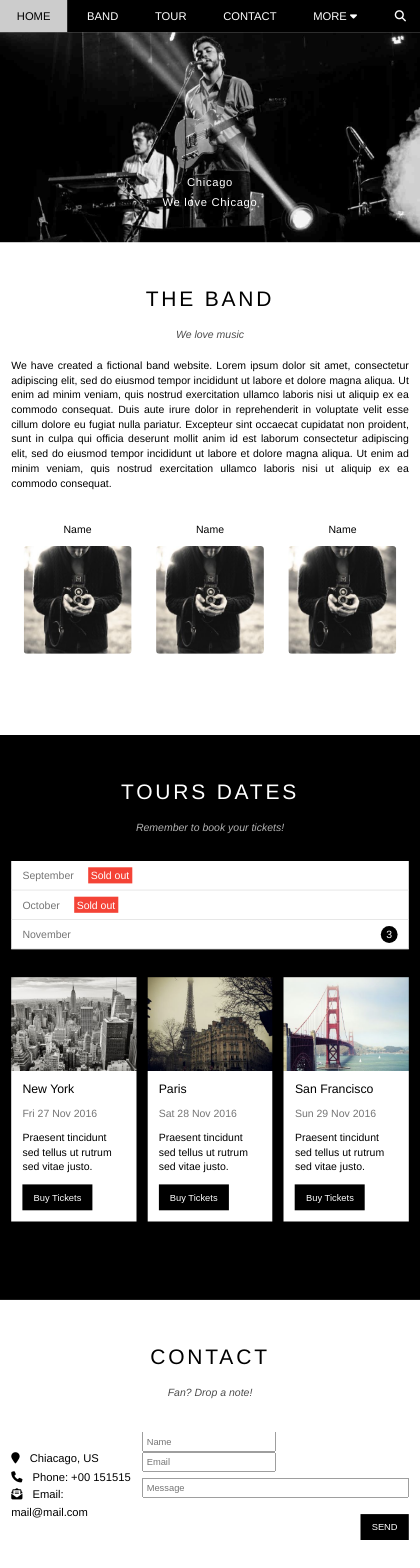
Repository: NguyenMinhChau/Theband
Page: index.html
An editor plug-in stored every save of this project. The page is shown before and after the next save, followed by the edit.
The browser window is 600 px wide. The pictures show the part of the page from y = 0 to 2240 px (the page is 3023 px tall), at 70% of full size.
Some web libraries are served in a nearby version.

Above is the page before, as saved 2021-10-24 09:14:23.

### index.html
<!DOCTYPE html>
<html lang="en">
<head>
    <meta charset="UTF-8">
    <meta http-equiv="X-UA-Compatible" content="IE=edge">
    <meta name="viewport" content="width=device-width, initial-scale=1.0">
    <title>THE BAND</title>
    <link rel="icon" href="https://www.w3schools.com/w3css/img_la.jpg"/>
    <script src="https://kit.fontawesome.com/a7b0f58175.js" crossorigin="anonymous"></script>
    <link rel="stylesheet" href="./assets/css/style.css">
    <link rel="stylesheet" href="./assets/css/responsive.css">
</head>
<body>
    <div id="main">
        <div id="header">
            <!-- Begin Navigation -->
            <ul id="nav">
                <li><a href="#">Home</a></li>
                <li><a href="#about">Band</a></li>
                <li><a href="#tour">Tour</a></li>
                <li><a href="#contact">Contact</a></li>
                <li><a href="#">More <i class="fas fa-caret-down"></i></a>
                    <ul class="subnav">
                        <li><a href="#">Merchandise</a></li>
                        <li><a href="#">Extras</a></li>
                        <li><a href="#">Media</a></li>
                    </ul>
                </li>
            </ul>
            <!-- End Navigation -->

            <!-- Begin Search -->
            <div class="icon-search">
                <a href="#"><i class="header-icon-search fas fa-search"></i></a>
            </div>
            <!-- End Search -->
        </div>

        <div id="slider">
            <div class="description">
                <h4>Chicago</h4>
                <p>We love Chicago</p>
            </div>
        </div>

        <div id="content">
            <!-- section: dành cho những phần dùng chung -->
            <!-- ABOUT SECTION -->
            <div id="about" class="content-section">
                <h2 class="section-heading">The Band</h2>
                <p class="section-subheading">We love music</p>
                <p class="about-text">We have created a fictional band website. Lorem ipsum dolor sit amet, consectetur adipiscing elit, sed do eiusmod tempor incididunt ut labore et dolore magna aliqua. Ut enim ad minim veniam, quis nostrud exercitation ullamco laboris nisi ut aliquip ex ea commodo consequat. Duis aute irure dolor in reprehenderit in voluptate velit esse cillum dolore eu fugiat nulla pariatur. Excepteur sint occaecat cupidatat non proident, sunt in culpa qui officia deserunt mollit anim id est laborum consectetur adipiscing elit, sed do eiusmod tempor incididunt ut labore et dolore magna aliqua. Ut enim ad minim veniam, quis nostrud exercitation ullamco laboris nisi ut aliquip ex ea commodo consequat.</p>
                <div class="members-list">
                    <div class="member-item col-3">
                        <p class="member-name">Name</p>
                        <img src="./assets/img/about_member01.jpg" alt="" class="member-avata">
                    </div>
                    <div class="member-item col-3">
                        <p class="member-name">Name</p>
                        <img src="./assets/img/about_member01.jpg" alt="" class="member-avata">
                    </div>
                    <div class="member-item col-3">
                        <p class="member-name">Name</p>
                        <img src="./assets/img/about_member01.jpg" alt="" class="member-avata">
                    </div>
                    <div class="clear"></div>
                </div>
            </div>

            <!-- TOUR SECTION -->
            <div id="tour" class="tour-section">
                <div class="content-section">
                    <h2 class="section-heading text-white">Tours Dates</h2>
                    <p class="section-subheading text-white">Remember to book your tickets!</p>
                    <ul class="tickets-list">
                        <li>September <span class="sold-out">Sold out</span></li>
                        <li>October <span class="sold-out">Sold out</span></li>
                        <li>November <span class="quantity">3</span></li>
                    </ul>
                    <div class="row places-list">
                        <div class="col col-3">
                            <img src="./assets/img/tour_place01.jpg" alt="New York" class="place-img">
                            <div class="place-body">
                                <h3 class="place-heading">New York</h3>
                                <p class="place-time">Fri 27 Nov 2016</p>
                                <p class="plave-desc">Praesent tincidunt sed tellus ut rutrum sed vitae justo.</p>
                                <button href="#" class="btn js-buy-ticket">Buy Tickets</button>
                            </div>
                        </div>
                        <div class="col col-3">
                            <img src="./assets/img/tour_place_02.jpg" alt="New York" class="place-img">
                            <div class="place-body">
                                <h3 class="place-heading">Paris</h3>
                                <p class="place-time">Sat 28 Nov 2016</p>
                                <p class="plave-desc">Praesent tincidunt sed tellus ut rutrum sed vitae justo.</p>
                                <button href="#" class="btn js-buy-ticket">Buy Tickets</button>
                            </div>
                        </div>
                        <div class="col col-3">
                            <img src="./assets/img/tour_place_03.jpg" alt="New York" class="place-img">
                            <div class="place-body">
                                <h3 class="place-heading">San Francisco</h3>
                                <p class="place-time">Sun 29 Nov 2016</p>
                                <p class="plave-desc">Praesent tincidunt sed tellus ut rutrum sed vitae justo.</p>
                                <button href="#" class="btn js-buy-ticket">Buy Tickets</button>
                            </div>
                        </div>
                        <div class="clear"></div>
                    </div>
                </div>
            </div>

            <!-- CONTACT SECTION -->
            <div id="contact" class="content-section">
                <h2 class="section-heading">Contact</h2>
                <p class="section-subheading">Fan? Drop a note!</p>
                <div class="contact-container">
                    <div class="infomation">
                        <p class="infomation-text">
                            <i class="fas fa-map-marker"></i>
                            Chiacago, US
                        </p>
                        <p class="infomation-text">
                            <i class="fas fa-phone"></i>
                            Phone: +00 151515
                        </p>
                        <p class="infomation-text">
                            <i class="fas fa-envelope-open-text"></i>
                            Email: mail@mail.com
                        </p>
                    </div>
                    <form class="input-infomation">
                        <div class="input-name-email">
                            <input type="text" class="intput-name" placeholder="Name" required>
                            <input type="email" class="intput-name" placeholder="Email" required>
                        </div>
                        <input type="text" class="ipnut-message" placeholder="Message" required>
                        <button class="btn pull-right">SEND</button>
                    </form>
                </div>
            </div>

            <!-- BEGIN MAP -->
            <div class="content-map-image"></div>
        </div>

        <div id="footer">
            <ul class="footer-social-list">
                <li class="social-item"><a href="#" class="social-link"><i class="fab fa-facebook-square"></i></a></li>
                <li class="social-item"><a href="#" class="social-link"><i class="fab fa-instagram-square"></i></a></li>
                <li class="social-item"><a href="#" class="social-link"><i class="fab fa-linkedin"></i></a></li>
                <li class="social-item"><a href="#" class="social-link"><i class="fab fa-youtube"></i></a></li>
                <li class="social-item"><a href="#" class="social-link"><i class="fab fa-twitter-square"></i></a></li>
            </ul>
            <p class="copyright">Powered by <a href="#">W3C</a></p>
        </div>
    </div>

    <!-- BEGIN MODEL -->
    <div class="modal">
        <div class="modal-container">
            <div class="modal-close">
                <i class="far fa-window-close"></i>
            </div>

            <header class="modal-header">
                <i class="fas fa-briefcase"></i> Tickets
            </header>

            <div class="modal-body">
                <div class="form-group">
                    <label for="money" class="modal-label">
                        <i class="fas fa-shopping-cart"></i>
                        Tickets, $15 per person
                    </label>
                    <input type="text" name="money" id="money" class="modal-input" placeholder="How many?">
                </div>

                <div class="form-group">
                    <label for="email" class="modal-label">
                        <i class="fas fa-user"></i>
                        Send To
                    </label>
                    <input type="email" name="email" id="email" class="modal-input" placeholder="Enter Email">
                </div>

                <button id="buy-tickets">
                    PAY <i class="fas fa-check"></i>
                </button>
            </div>

            <footer class="modal-footer">
                <p class="modal-help">Need
                    <a href="#">help?</a>
                </p>
            </footer>
        </div>
    </div>
    <!-- END MODAL -->
    <script src="assets/js/main.js"></script>
</body>
</html>

### assets/css/style.css
:root{
    --header-height: 46px;
}
*{
    box-sizing: border-box;
    margin: 0;
    padding: 0;
}

html{
    font-family: Helvetica, Arial, sans-serif;
}

/* BEGIN CSS COMMON */
.clear{
    clear: both;
}

.text-white{
    color: #fff !important;
}

.pull-right{
    float: right !important;
}

.row {
    margin: 0 -8px;
}

.col{
    float: left;
    padding: 0 8px;
}

.col-3{
    width: calc(100% / 3);
}

.btn{
    text-decoration: none;
    background-color: #000;
    color: #fff;
    padding: 11px 16px;
    /* Khắc phục tình trạng button che thẻ description */
    display: inline-block;
    margin-top: 15px;
    border: none;
}

.btn:hover{
    background-color: #ccc;
    color: #000;
    cursor: pointer;
}
/* END CSS COMMON */

/* BEGIN CSS HEADER */
#header{
    height: var(--header-height);
    background-color: #000;
    position: fixed;
    top: 0;
    left: 0;
    right: 0;
}

#nav{
    display: inline-block;
}

#nav,
#subnav{
    list-style-type: none;
}

#nav li{
    display: inline-block;
    position: relative;
}

#nav > li > a{
    color: #fff;
    text-transform: uppercase;
}

#nav li a {
    text-decoration: none;
    line-height: var(--header-height);
    padding: 0 24px;

    display: block;
}

#nav > li:hover > a,
#nav .subnav li:hover a {
    color: #000;
    background-color: #ccc;
}

#nav > li:hover .subnav{
    display: block;
}

#nav .subnav{
    display: none;
    position: absolute;
    background-color: #fff;
    box-shadow: 0 0 10px rgba(0,0,0,0.3);
    color: #000;
    top: 100%;
    left: 0;
}

#nav .subnav li a{
    color: #000;
    padding: 0 12px;
    line-height: 38px;
    min-width: 160px;
}

#nav .subnav li{
    display: block;
}

#header .icon-search{
    /* position: absolute;
    top: 0;
    right: 0; */
    float: right;
    line-height: var(--header-height);
    padding: 0 20px;
}

#header .icon-search a{
    text-decoration: none;
}

#header .icon-search:hover{
    background-color: rgb(255, 39, 39);
    cursor: pointer;
}

#header .icon-search .header-icon-search{
    color: #fff;
}
/* END CSS HEADER */


/* BEGIN CSS SLIDER */
#slider{
    position: relative;
    margin-top: var(--header-height);
    /* Kỹ thuật tạo ảnh không bị méo khi thay đổi kích thước */
    padding-top: 50%; /* % là theo chiều ngang của chính nó*/

    /* Khi dùng padding như trên -> ta dùng bg-image để tạo ảnh vì có thể đổ ảnh từ padding */
    background: url('../img/slider_band_chicago.jpg') no-repeat center / cover;
    z-index: -1;
}

#slider .description{
    position: absolute;
    bottom: 0;
    left: 50%;
    transform: translateX(-50%);

    color: #fff;
    text-align: center;
    margin-bottom: 48px;
    letter-spacing: 1px;
}

#slider .description h4,
#slider .description p{
    text-shadow: 0 0 10 rgba(0,0,0,0.5);
}

#slider .description h4{
    font-weight: 540;
    padding: 10px 0;
}
/* END CSS SLIDER */

/* BEGIN CSS CONTENT */
/* CSS ABOUT */
#content .content-section{
    width: 800px;
    margin: auto;
    padding: 64px 0 112px;

    /* Media query Tablet */
    max-width: 100%;
    padding-left: 16px;
    padding-right: 16px;
}

#content .section-heading,
#content .section-subheading{
    text-align: center;
}

#content .section-heading{
    font-size: 30px;
    font-weight: 500;
    text-transform: uppercase;
    letter-spacing: 4px;
}

#content .section-subheading{
    font-size: 15px;
    font-style: italic;
    margin: 25px 0;
    opacity: 0.7;
}

#content .about-text{
    text-align: justify;
    font-size: 15px;
    line-height: 1.4;
}

#content .members-list{
    margin-top: 48px;
}

#content .member-item{
    float: left;
    text-align: center;
}

#content .member-name{
    font-size: 15px;
}

#content .member-avata{
    margin-top: 15px;
    width: 154px;
    border-radius: 5px;
}

/* CSS TOUR */
#content .tour-section{
    background-color: #000;
}

#content .tickets-list{
    background-color: #fff;
    margin: 40px 0;
    list-style: none;
}

#content .tickets-list li{
    font-size: 15px;
    padding: 12px 16px;
    border-bottom: 1px solid #ddd;
    color: #757575;
}

#content .tickets-list .sold-out{
    background-color: #f44336;
    color: #fff;
    padding: 3px 4px;
    margin-left: 16px;
}

#content .tickets-list .quantity{
    float: right;
    background-color: #000;
    border-radius: 50%;
    width: 24px;
    height: 24px;
    color: #fff;
    text-align: center;
    line-height: 24px;
    margin-top: -3px;
}

#content .place-img{
    width: 100%;
    display: block;
}

#content .place-img:hover{
    opacity: 0.7;
}

#content .place-body{
    background-color: #fff;
    padding: 16px;
    font-size: 15px;
}

#content .place-heading{
    font-weight: 550;
}

#content .place-time{
    margin: 15px 0;
    color: #757575;
}

#content .plave-desc{
    line-height: 1.4;
}

/* CSS CONTACT */
#content .contact-container{
    display: flex;
    flex-direction: row;
    justify-content: space-between;
    align-items: center;
    margin-top: 48px;
}

#content .infomation-text{
    font-size: 16px;
    line-height: 1.6;
}

#content .infomation-text i {
    margin-right: 10px;
}

#content .input-name-email,
#content .ipnut-message{
    margin-bottom: 8px;
}

#content .intput-name,
#content .ipnut-message{
    padding: 5px 5px;
    outline: none;
}

#content .ipnut-message{
    width: 100%;
}

#content .content-map-image{
    height: 600px;
    background: url('../img/img-footer.jpg') no-repeat center / 100% 100%;
}
/* END CSS CONTENT */

/* BEGIN CSS FOOTER */
#footer{
    text-align: center;
    margin-bottom: 20px;
}

#footer .footer-social-list{
    list-style: none;
    margin-top: 32px;
    margin-bottom: 16px;
}

#footer .footer-social-list li{
    display: inline-block;
}

#footer .footer-social-list li a{
    color: rgb(185, 185, 185);
    padding: 0 10px;
}

#footer .footer-social-list li a i{
    font-size: 25px;
}

#footer .copyright a{
    text-decoration: none;
}
/* END CSS FOOTER */

/* BEGIN CSS MODAL */
.modal{
    position: fixed;
    top: 0;
    bottom: 0;
    right: 0;
    left: 0;
    background: rgba(0,0,0,0.3);
    align-items: center;
    justify-content: center;
    display: none;
}

.modal.open{
    display: flex;
}

.modal-container{
    position: relative;
    background-color: #fff;
    width: 900px;
    max-width: calc(100% - 30px);
    min-height: 200px;
    animation: modalFaceIn linear .5s;
}

@keyframes modalFaceIn{
    from {
        transform: translateY(-100%);
        opacity: 0;
    }
    to {
        transform: translateY(0);
        opacity: 1;
    }
}

.modal-close{
    position: absolute;
    top: 0;
    right: 0;
    color: #fff;
    padding: 12px;
}

.modal-close:hover{
    background-color: #ddd;
    color: #000;
    cursor: pointer;
}

.modal-header{
    height: 130px;
    background: #009688;
    text-align: center;
    line-height:130px;
    color: #fff;
    font-size: 30px;
}

.modal-body{
    padding: 16px;
}

.modal-label{
    display: block;
    font-size: 15px;
}

.modal-input{
    margin: 8px 0 18px 0;
    width: 100%;
    padding: 6px 5px;
    outline: none;
    border-color: #ccc;
    font-size: 15px;
}

#buy-tickets{
    width: 100%;
    background: #009688;
    border: none;
    color: #fff;
    text-transform: uppercase;
    padding: 12px;
}

#buy-tickets:hover{
    cursor: pointer;
    opacity: 0.9;
}

.modal-footer{
    padding: 12px;
    float: right;
}

.modal-help a{
    text-decoration: none;
    color: #009688;
}
/* END CSS MODAL */

### assets/css/responsive.css
/*
PC: >= 1024px (64em)
Tablet: >= 740px & < 1024px (>= 46.25em & < 63.9375em)
Mobile: < 740px (< 46.25em)
 */

@media (min-width: 64em) {

}

@media (min-width: 46.25em) and (max-width: 63.9375em) {

}

@media (max-width: 46.25em) {
    #nav .subnav li{
        display: block;
    }
}

### assets/js/main.js
const $ = document.querySelector.bind(document)
const $$ = document.querySelectorAll.bind(document)

const btnTickets = $$('.js-buy-ticket');
const modal = $('.modal');
const modalContainer = $('.modal-container');
const modalClose = $('.modal-close');

for (const btnTicket of btnTickets) {
    btnTicket.addEventListener('click',function(e){
        modal.classList.add('open');
    })
}
modalClose.addEventListener('click',function(e){
    modal.classList.remove('open');
})

// Phải xác định sẽ không nổi bọt tới đâu
modal.addEventListener('click',function(e){
    modal.classList.remove('open');
})
modalContainer.addEventListener('click',function(e){
    e.stopPropagation();
})

After the next save:
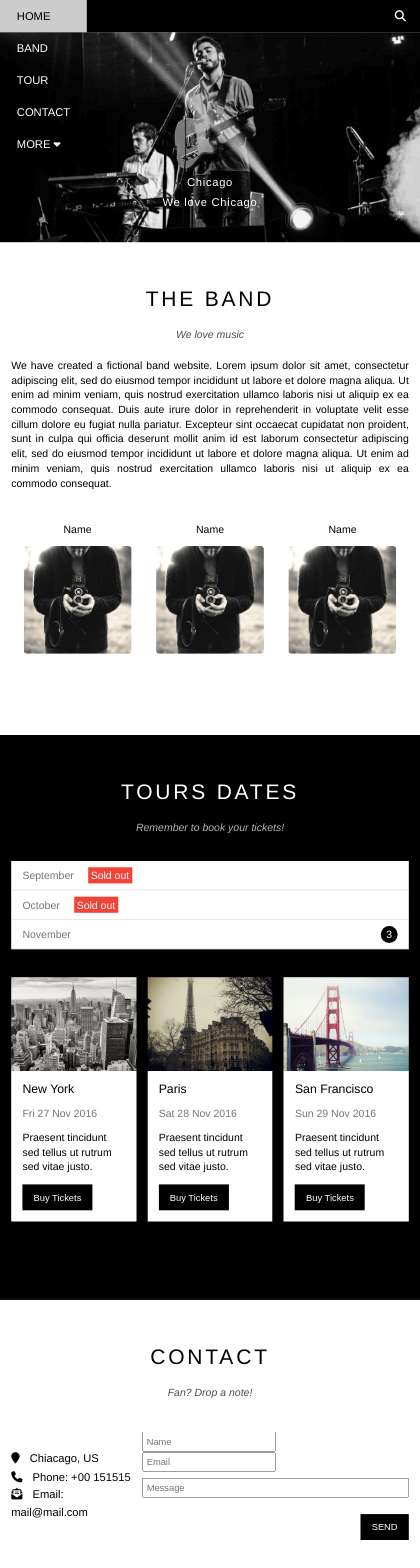
Saved 11 s later.
--- a/assets/css/responsive.css
+++ b/assets/css/responsive.css
@@ -13,7 +13,7 @@
 }
 
 @media (max-width: 46.25em) {
-    #nav .subnav li{
+    #nav li{
         display: block;
     }
 }
